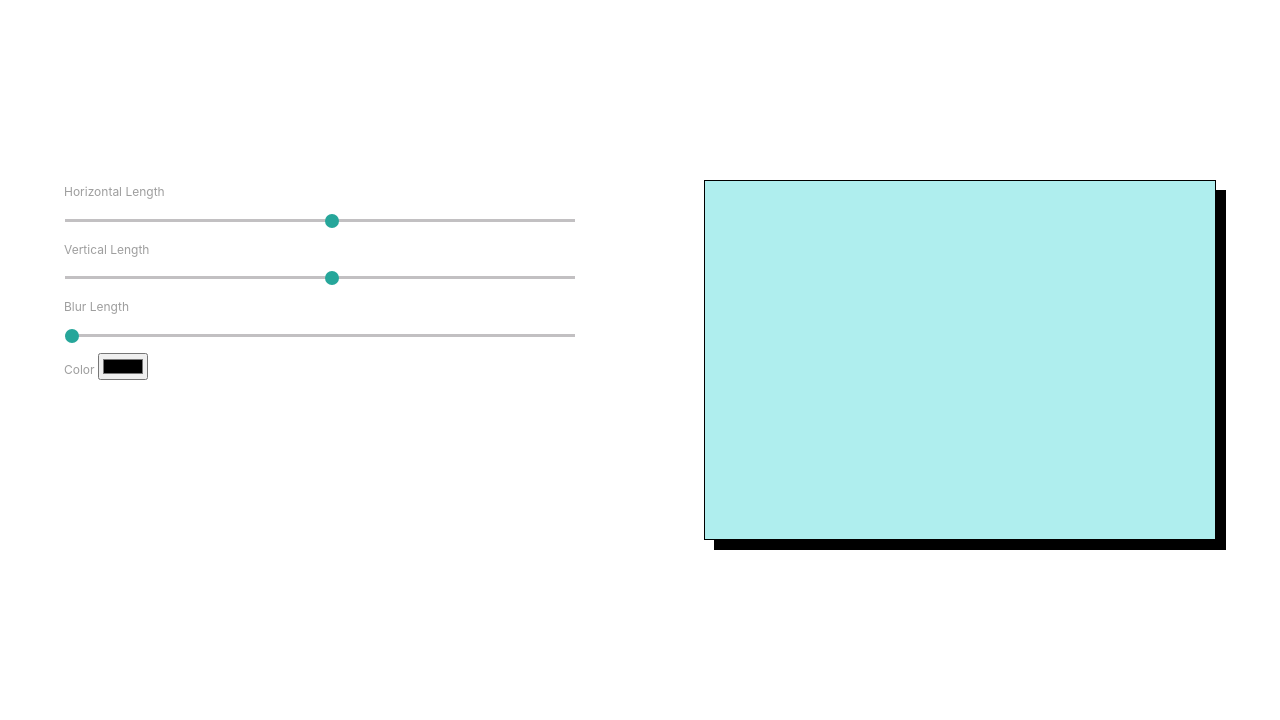
Repository: imrvj/Box-Shadow
Page: /
These files come from the project's save history. The page is drawn as it stood at one moment and after the next save; the edit follows.
The browser window is 1280 px wide. The pictures show the whole page.
The project was rebuilt for these pictures with package versions that can differ from the ones it lists, and the page was loaded fresh each time.

Above is the page before, as saved 2020-02-19 23:36:59.

### public/index.html
<!DOCTYPE html>
<html lang="en">
  <head>
    <meta charset="utf-8" />
    <link rel="icon" href="%PUBLIC_URL%/favicon.ico" />
    <meta name="viewport" content="width=device-width, initial-scale=1" />
    <meta name="theme-color" content="#000000" />
    <meta
      name="description"
      content="Web site created using create-react-app"
    />
    <link rel="apple-touch-icon" href="%PUBLIC_URL%/logo192.png" />
    <!--
      manifest.json provides metadata used when your web app is installed on a
      user's mobile device or desktop. See https://developers.google.com/web/fundamentals/web-app-manifest/
    -->
    <link rel="manifest" href="%PUBLIC_URL%/manifest.json" />
    <!--
      Notice the use of %PUBLIC_URL% in the tags above.
      It will be replaced with the URL of the `public` folder during the build.
      Only files inside the `public` folder can be referenced from the HTML.

      Unlike "/favicon.ico" or "favicon.ico", "%PUBLIC_URL%/favicon.ico" will
      work correctly both with client-side routing and a non-root public URL.
      Learn how to configure a non-root public URL by running `npm run build`.
    -->
    <!-- Compiled and minified CSS -->
    <link rel="stylesheet" href="https://cdnjs.cloudflare.com/ajax/libs/materialize/1.0.0/css/materialize.min.css">

    <title>React App</title>
  </head>
  <body>
    <noscript>You need to enable JavaScript to run this app.</noscript>
    <div id="root"></div>
    <!--
      This HTML file is a template.
      If you open it directly in the browser, you will see an empty page.

      You can add webfonts, meta tags, or analytics to this file.
      The build step will place the bundled scripts into the <body> tag.

      To begin the development, run `npm start` or `yarn start`.
      To create a production bundle, use `npm run build` or `yarn build`.
    -->
       <!-- Compiled and minified JavaScript -->
       <script src="https://cdnjs.cloudflare.com/ajax/libs/materialize/1.0.0/js/materialize.min.js"></script>

  </body>
</html>

### src/App.js
import React, { useState } from 'react';

import './App.css';

function App() {
  const [Hori, setHori] = useState(10)
  const [Veri, setVeri] = useState(10)
  const [Blur, setBlur] = useState(0)
  const [Color, setColor] = useState("black")
  return (

    <div className="App">

      <div className="controls">
      <label>Horizontal Length</label>
      <input type="range"  min="-200" max="200" value={Hori} onChange={(e)=>setHori(e.target.value)}/>
      <label>Vertical Length</label>
      <input type="range"  min="-200" max="200" value={Veri} onChange={(e)=>setVeri(e.target.value)}/>
      <label>Blur Length</label>
      <input type="range"  min="0" max="200" value={Blur} onChange={(e)=>setBlur(e.target.value)}/>
      <label>Color </label>
      <input type="color"  min="0" max="200" value={Color} onChange={(e)=>setColor(e.target.value)}/>
     </div>
      <div className="output">
        <div className="Box" style={{boxShadow:`${Hori}px ${Veri}px ${Blur}px ${Color}`}}></div>
      </div>
    </div>
  );
}

export default App;

### src/App.css
.App
{
    display: flex;
    justify-content: space-around;
    height: 100vh;
    align-items: center;
}

.Box
{
    width: 40vw;
    height: 50vh;
    border: solid 1px black;
    background-color: paleturquoise;
    color:white;
}

.controls
{
    width: 40vw;
    height: 50vh;
}

Loaded but not shown: src/index.js (common file); src/index.css (common file); src/serviceWorker.js (common file)

After the next save:
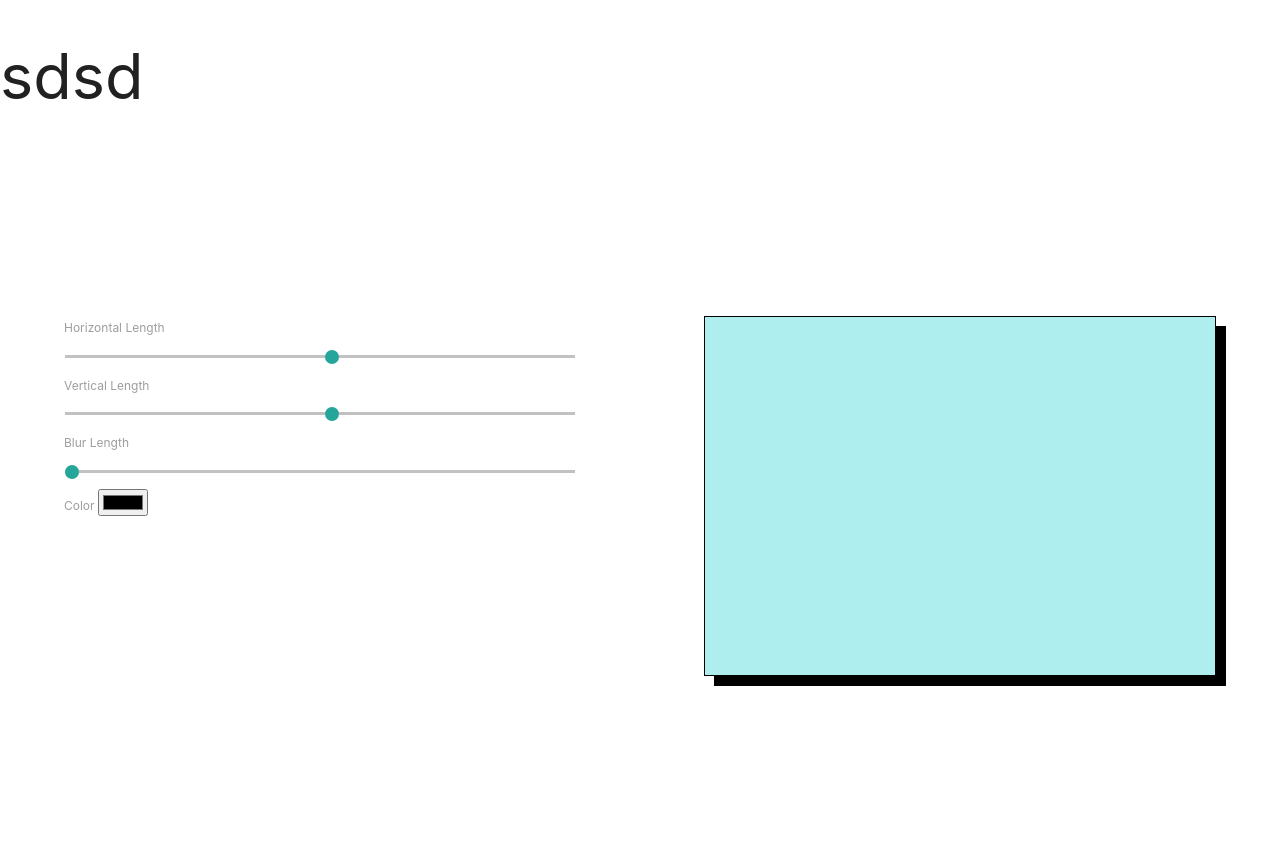
Saved 21 s later.
--- a/src/App.js
+++ b/src/App.js
@@ -8,7 +8,8 @@
   const [Blur, setBlur] = useState(0)
   const [Color, setColor] = useState("black")
   return (
-
+    <>
+    <h1>sdsd</h1>
     <div className="App">
 
       <div className="controls">
@@ -25,6 +26,7 @@
         <div className="Box" style={{boxShadow:`${Hori}px ${Veri}px ${Blur}px ${Color}`}}></div>
       </div>
     </div>
+    </>
   );
 }
 

After the save that followed:
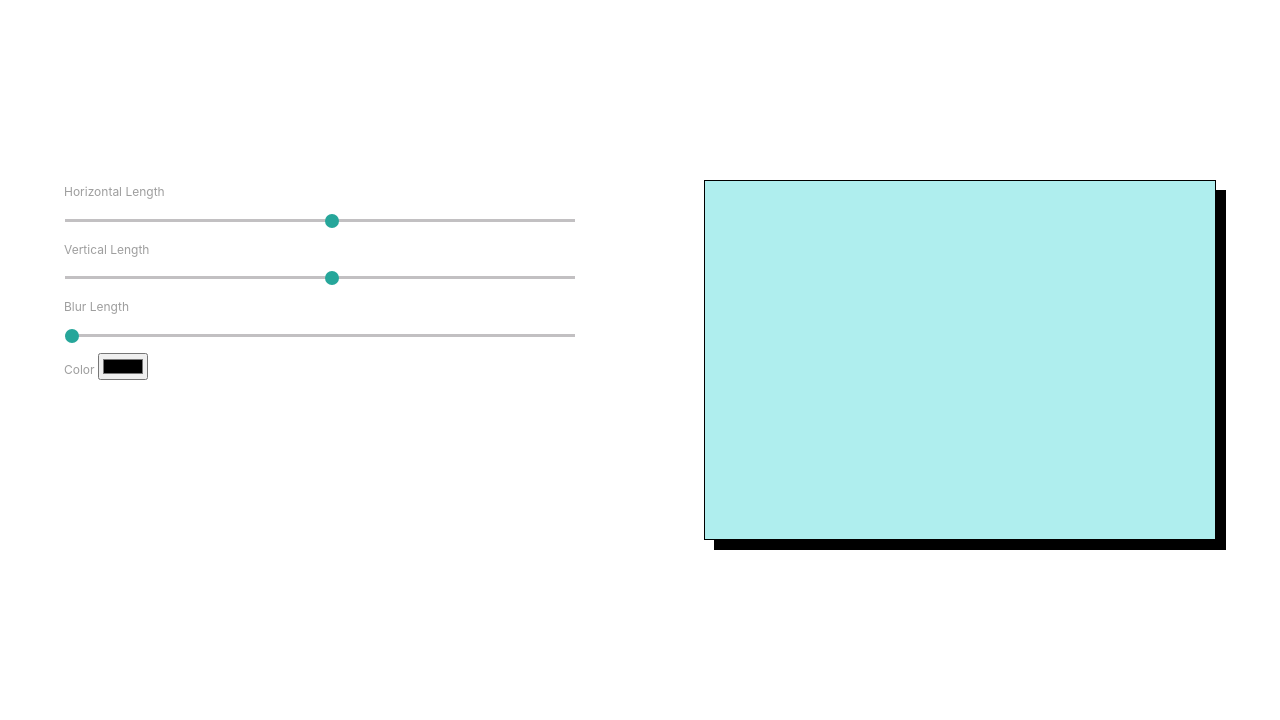
Saved 9 s later.
--- a/src/App.js
+++ b/src/App.js
@@ -9,7 +9,7 @@
   const [Color, setColor] = useState("black")
   return (
     <>
-    <h1>sdsd</h1>
+
     <div className="App">
 
       <div className="controls">
